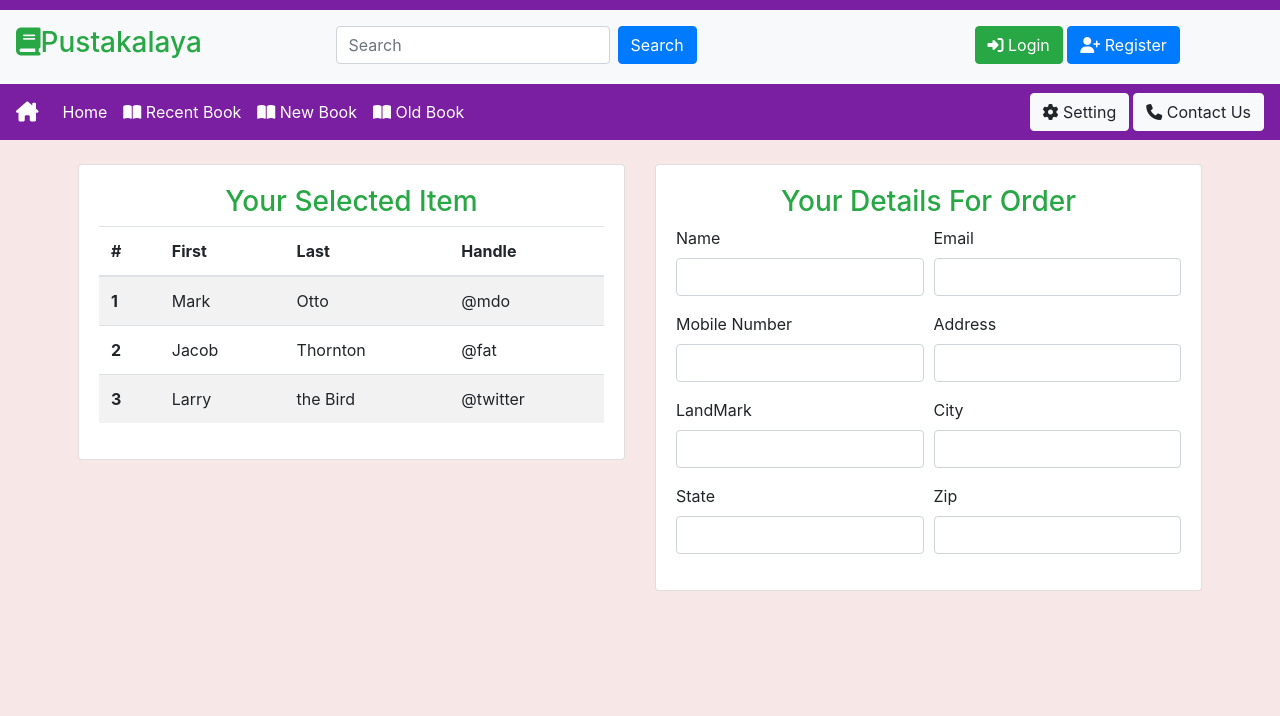
Repository: kalaprabhakar/Pustakalay_Web_Application
Page: http://localhost/E_Book_Management/cart.jsp
An editor plug-in stored every save of this project. The page is shown before and after the next save, followed by the edit.
The browser window is 1280 px wide. The pictures show the whole page.
Some web libraries are served in a nearby version. The page is served by Tomcat 10.

Above is the page before, as saved 2024-02-23 02:39:51.

After the next save:
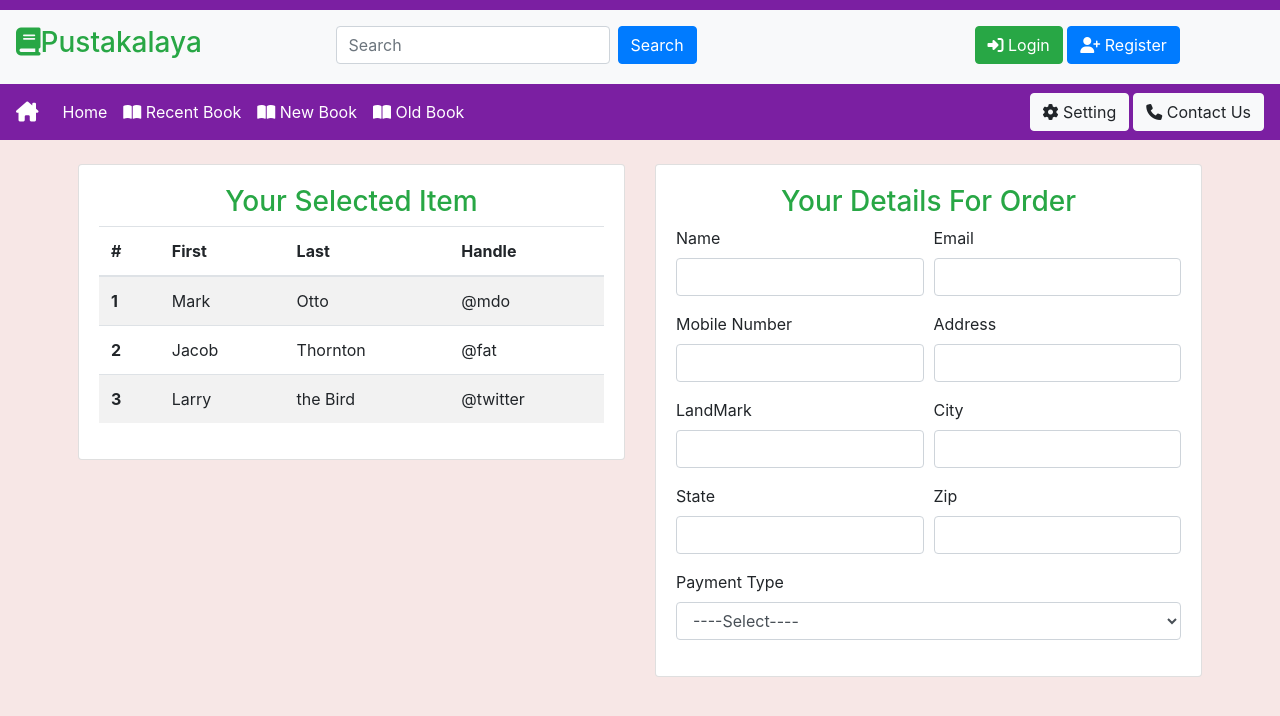
Saved 3 min 50 s later.
--- a/E_Book_Management/src/main/webapp/cart.jsp
+++ b/E_Book_Management/src/main/webapp/cart.jsp
@@ -55,7 +55,7 @@
 			<div class="col-md-6">
 				<div class="card">
 					<div class="card-body">
-                             <h3 class="text-center text-success">Your Details For Order</h3>
+						<h3 class="text-center text-success">Your Details For Order</h3>
 						<form>
 
 							<div class="form-row">
@@ -64,43 +64,48 @@
 										class="form-control" id="inputEmail4" value="">
 								</div>
 								<div class="form-group col-md-6">
-									<label for="inputPassword4">Email</label> <input
-										type="email" class="form-control" id="inputPassword4"
-										value="">
+									<label for="inputPassword4">Email</label> <input type="email"
+										class="form-control" id="inputPassword4" value="">
 								</div>
 							</div>
 							<div class="form-row">
 								<div class="form-group col-md-6">
-									<label for="inputEmail4">Mobile Number</label> <input type="number"
-										class="form-control" id="inputEmail4" value="">
+									<label for="inputEmail4">Mobile Number</label> <input
+										type="number" class="form-control" id="inputEmail4" value="">
 								</div>
 								<div class="form-group col-md-6">
-									<label for="inputPassword4">Address</label> <input
-										type="text" class="form-control" id="inputPassword4"
-										>
+									<label for="inputPassword4">Address</label> <input type="text"
+										class="form-control" id="inputPassword4">
 								</div>
 							</div>
 							<div class="form-row">
 								<div class="form-group col-md-6">
 									<label for="inputEmail4">LandMark</label> <input type="text"
-										class="form-control" id="inputEmail4" >
+										class="form-control" id="inputEmail4">
 								</div>
 								<div class="form-group col-md-6">
-									<label for="inputPassword4">City</label> <input
-										type="text" class="form-control" id="inputPassword4"
-										>
+									<label for="inputPassword4">City</label> <input type="text"
+										class="form-control" id="inputPassword4">
 								</div>
 							</div>
 							<div class="form-row">
 								<div class="form-group col-md-6">
 									<label for="inputEmail4">State</label> <input type="text"
-										class="form-control" id="inputEmail4" >
+										class="form-control" id="inputEmail4">
 								</div>
 								<div class="form-group col-md-6">
-									<label for="inputPassword4">Zip</label> <input
-										type="number" class="form-control" id="inputPassword4"
-										>
+									<label for="inputPassword4">Zip</label> <input type="number"
+										class="form-control" id="inputPassword4">
 								</div>
+							</div>
+
+							<div class="form-group">
+								<label for="exampleFormControlSelect1">Payment Type</label> <select
+									class="form-control" id="exampleFormControlSelect1">
+									<option>----Select----</option>
+									<option>Cash On Delivery</option>
+
+								</select>
 							</div>
 
 						</form>
